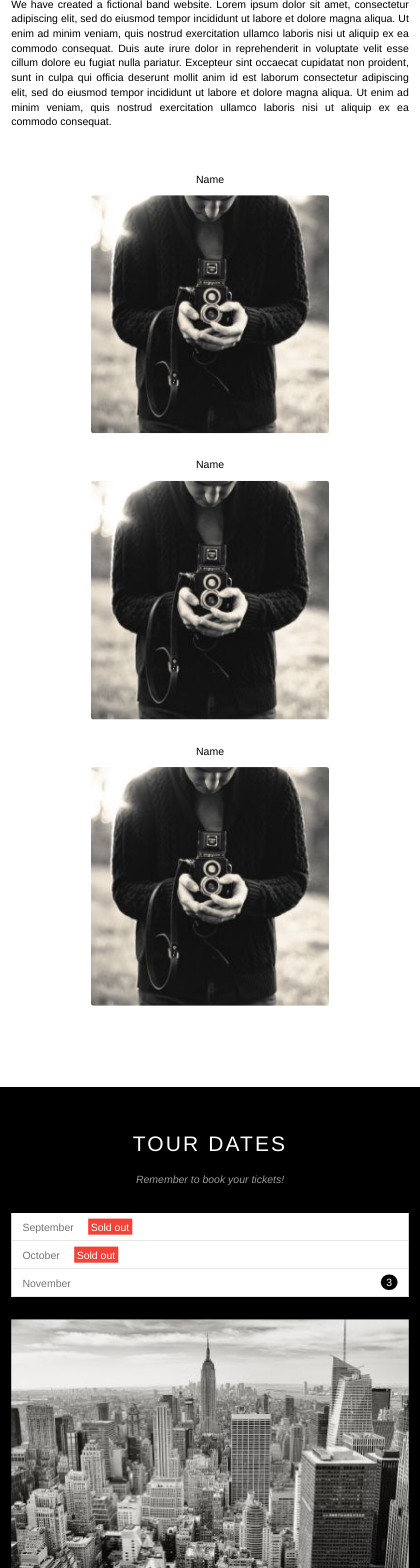
Repository: qhoa25623/The-Band
Page: index.html
These files come from the project's save history. The page is drawn as it stood at one moment and after a run of saves; the edit follows.
The browser window is 600 px wide. The pictures show the part of the page from y = 517 to 2757 px (the page is 5437 px tall before and 2791 px after), at 70% of full size.

Above is the page before, as saved 2022-05-07 22:39:37.

After the next 2 saves:
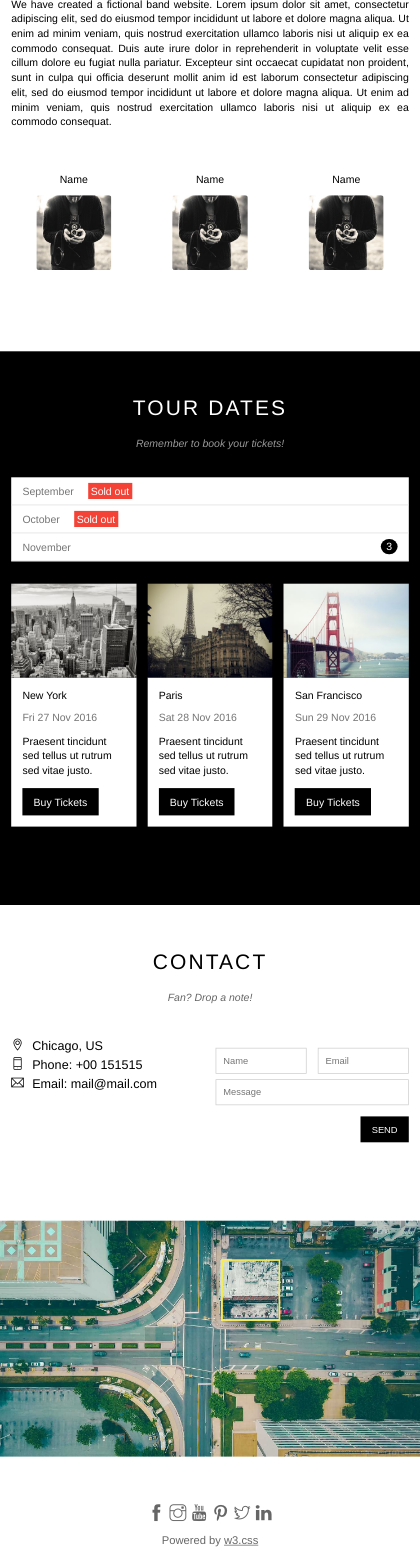
The 2 saves are shown as one change because they came seconds apart.
The last was saved 65 s later.
--- a/assets/css/responsive.css
+++ b/assets/css/responsive.css
@@ -7,6 +7,7 @@
 }
 /* Mobile */
 @media (max-width: 739px) {
+  .s-fu
   .s-col-full {
     width: 100% !important;
   }

After the 2 saves that followed:
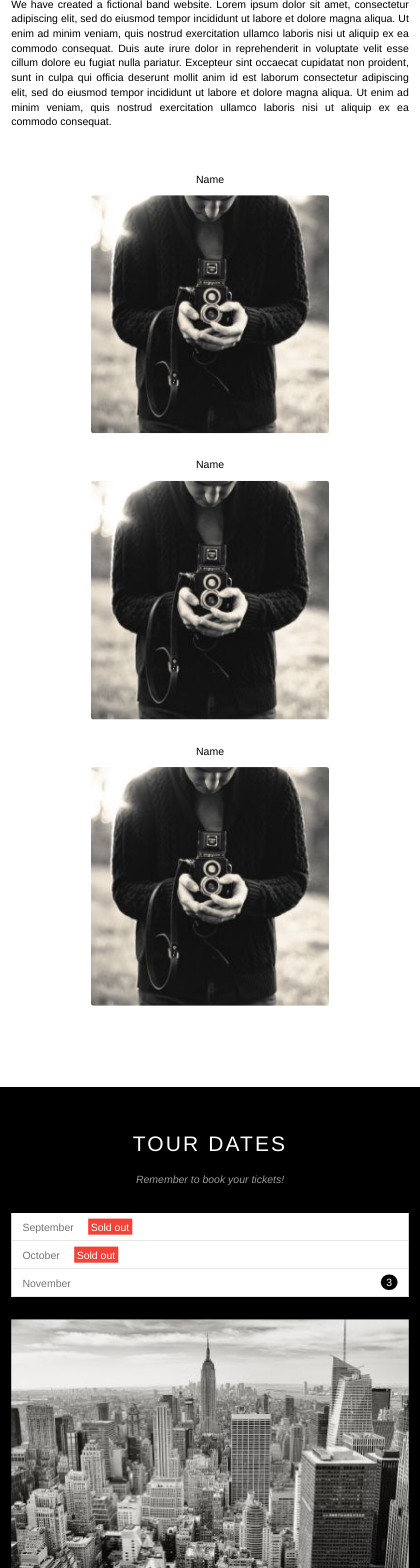
The 2 saves are shown as one change because they came seconds apart.
The last was saved 7 s later.
--- a/assets/css/responsive.css
+++ b/assets/css/responsive.css
@@ -7,7 +7,9 @@
 }
 /* Mobile */
 @media (max-width: 739px) {
-  .s-fu
+  .s-full-width{
+
+  }
   .s-col-full {
     width: 100% !important;
   }
